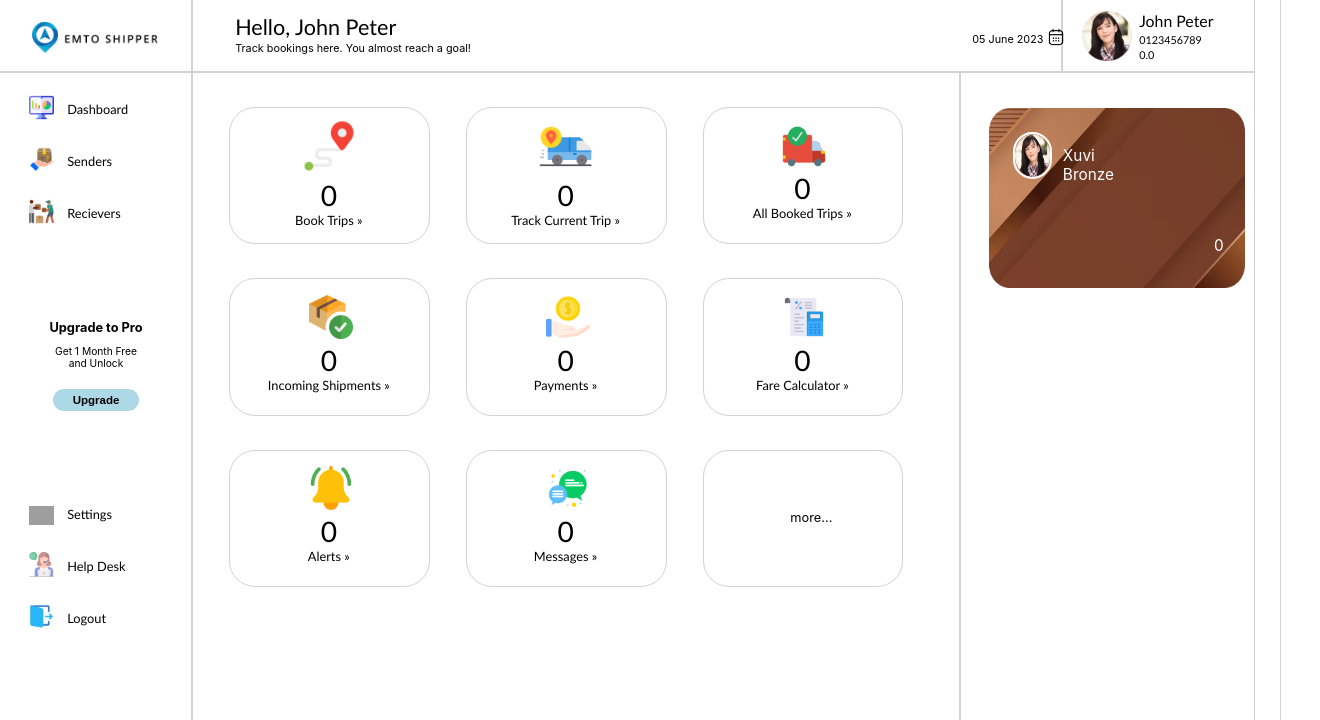
Repository: RoshanArun/Emto-Web
Page: /dashboard (app in emto/reactfirst/)
These files come from the project's save history. The page is drawn as it stood at one moment and after the next save; the edit follows.
The browser window is 1280 px wide. The page is 1320 px wide, then 1280 px, so the pictures cover 1320 px, including what lies to the right of the window. The pictures show the whole page.
Pictures or frames that could not be fetched are drawn as grey boxes. The project was rebuilt for these pictures with package versions that can differ from the ones it lists, and the page was loaded fresh each time. Also part of the build but not shown: emto/reactfirst/src/pages/SignUp/SignUp.css, emto/reactfirst/src/pages/SignUp/SignUp.js, emto/reactfirst/src/pages/Login/Login.js.

Above is the page before, as saved 2023-07-30 02:10:11.

After the next save:
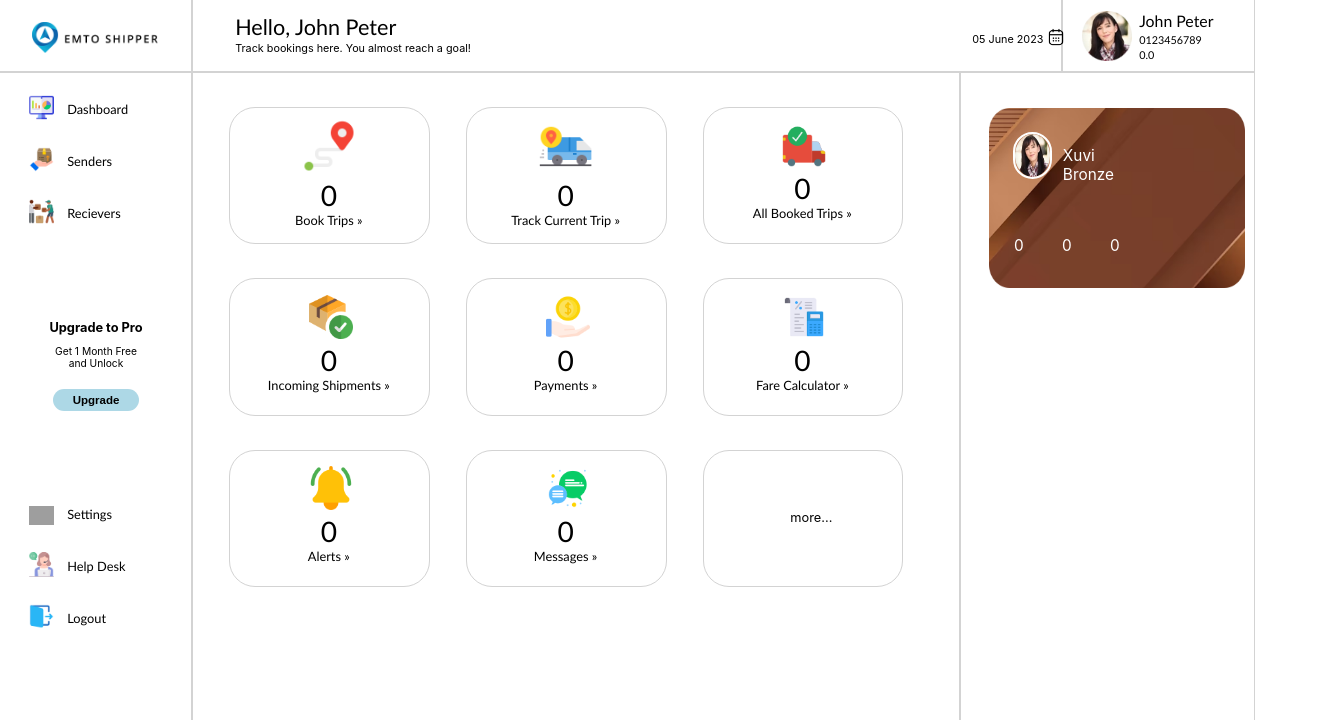
Saved 4 s later.
--- a/emto/reactfirst/src/pages/DashBoard/DashBoard.css
+++ b/emto/reactfirst/src/pages/DashBoard/DashBoard.css
@@ -263,7 +263,7 @@
 .bronzeInformation{
   display: flex;
   position: relative;
-  left: 100px;
+  right: 100px;
   margin-top: 50%;
   margin-right: 3vw;
   font-size: 1.2vw;
